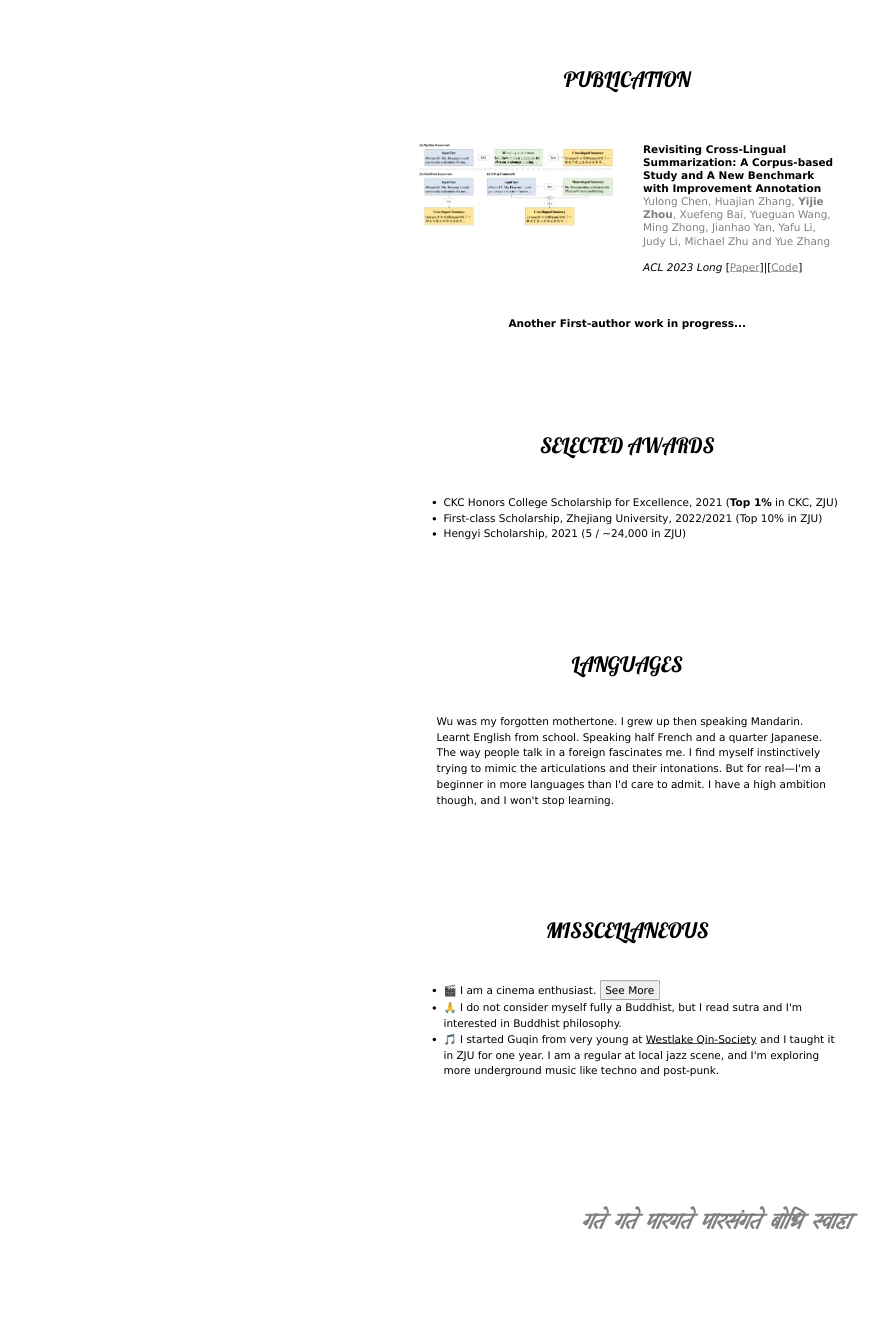
Repository: Ej-zhou/ej-zhou.github.io
Page: index.html
These files come from the project's save history. The page is drawn as it stood at one moment and after a run of saves; the edit follows.
The browser window is 1280 px wide. The pictures show the part of the page from y = 2788 to 4708 px (the page is 4708 px tall), at 70% of full size.
Some web fonts or font styles are not loaded; a fallback is used.

Above is the page before, as saved 2023-08-26 16:34:59.

### index.html
<!DOCTYPE html>
<html>
 <head>
  <script async="" src="https://www.googletagmanager.com/gtag/js?id=G-2YDZTJCJC2">
  </script>
  <script>
   window.dataLayer = window.dataLayer || [];
  function gtag(){dataLayer.push(arguments);}
  gtag('js', new Date());

  gtag('config', 'G-2YDZTJCJC2');
  </script>
  <title>
   Zhou, Ej
  </title>
  <meta charset="utf-8"/>
  <meta content="width=device-width, initial-scale=1" name="viewport"/>
  <link href="https://www.w3schools.com/w3css/4/w3.css" rel="stylesheet"/>
  <link href="https://fonts.googleapis.com/css?family=Lobster" rel="stylesheet"/>
  <link href="https://cdnjs.cloudflare.com/ajax/libs/font-awesome/4.7.0/css/font-awesome.min.css" rel="stylesheet"/>
  <link href="https://fonts.googleapis.com/css2?family=Noto+Sans+SC&amp;display=swap" rel="stylesheet"/>
  <link href="gstyles.css" rel="stylesheet"/>

 </head>
 <body>
  <div class="sidebar">

    <div class="img-container-change">
      <img src="pics/photo.jpeg" alt="Image 1">
  </div>



   <!-- <div class="horizontal-bar-left">
    <img alt="here should be a photo" height="200" src="pics/photo.jpeg" width="200"/>
    <img alt="here should be a photo" height="200" src="pics/buddha.png" width="200"/>
    <img alt="here should be a photo" height="200" src="pics/sh.png" width="200"/>
    <img alt="here should be a photo" height="200" src="pics/scaoe.png" width="200"/>
    <img alt="here should be a photo" height="200" src="pics/photo.jpeg" width="200"/>
    <img alt="here should be a photo" height="200" src="pics/buddha.png" width="200"/>
    <img alt="here should be a photo" height="200" src="pics/sh.png" width="200"/>
    <img alt="here should be a photo" height="200" src="pics/scaoe.png" width="200"/>
   </div>
   <div class="horizontal-bar-right">
    <img alt="here should be a photo" height="200" src="pics/yellow.png" width="200"/>
    <img alt="here should be a photo" height="200" src="pics/red.png" width="200"/>
    <img alt="here should be a photo" height="200" src="pics/voila.png" width="200"/>
    <img alt="here should be a photo" height="200" src="pics/girl.png" width="200"/>
    <img alt="here should be a photo" height="200" src="pics/yellow.png" width="200"/>
    <img alt="here should be a photo" height="200" src="pics/red.png" width="200"/>
    <img alt="here should be a photo" height="200" src="pics/voila.png" width="200"/>
    <img alt="here should be a photo" height="200" src="pics/girl.png" width="200"/>
   </div>
   <div class="horizontal-bar-left">
    <img alt="here should be a photo" height="200" src="pics/yaddha.png" width="200"/>
    <img alt="here should be a photo" height="200" src="pics/bureal.png" width="200"/>
    <img alt="here should be a photo" height="200" src="pics/gang.png" width="200"/>
    <img alt="here should be a photo" height="200" src="pics/scaoe.png" width="200"/>
    <img alt="here should be a photo" height="200" src="pics/yaddha.png" width="200"/>
    <img alt="here should be a photo" height="200" src="pics/bureal.png" width="200"/>
    <img alt="here should be a photo" height="200" src="pics/gang.png" width="200"/>
    <img alt="here should be a photo" height="200" src="pics/scaoe.png" width="200"/>

   </div>
   <div class="horizontal-bar-right">
    <img alt="here should be a photo" height="200" src="pics/sh.png" width="200"/>
    <img alt="here should be a photo" height="200" src="pics/scaoe.png" width="200"/>
    <img alt="here should be a photo" height="200" src="pics/photo.jpeg" width="200"/>
    <img alt="here should be a photo" height="200" src="pics/buddha.png" width="200"/>
    <img alt="here should be a photo" height="200" src="pics/sh.png" width="200"/>
    <img alt="here should be a photo" height="200" src="pics/scaoe.png" width="200"/>
    <img alt="here should be a photo" height="200" src="pics/photo.jpeg" width="200"/>
    <img alt="here should be a photo" height="200" src="pics/buddha.png" width="200"/>
   </div>
   <div class="horizontal-bar-left">
    <img alt="here should be a photo" height="200" src="pics/photo.jpeg" width="200"/>
    <img alt="here should be a photo" height="200" src="pics/buddha.png" width="200"/>
    <img alt="here should be a photo" height="200" src="pics/sh.png" width="200"/>
    <img alt="here should be a photo" height="200" src="pics/scaoe.png" width="200"/>
    <img alt="here should be a photo" height="200" src="pics/photo.jpeg" width="200"/>
    <img alt="here should be a photo" height="200" src="pics/buddha.png" width="200"/>
    <img alt="here should be a photo" height="200" src="pics/sh.png" width="200"/>
    <img alt="here should be a photo" height="200" src="pics/scaoe.png" width="200"/> -->
   </div>
  </div>
  <div class="w3-main w3-padding-large" style="margin-left:42%; margin-right: 2%;">
   <span class="w3-button w3-top w3-white w3-xxlarge w3-text-grey w3-hover-text-black" onclick="openNav()" style="width:auto;right:0;">
    <i class="fa fa-bars">
    </i>
   </span>
   <header class="w3-container w3-center" id="home" style="padding:128px 16px">
    <h1 class="w3-jumbo">
     <b>
      <span class="chinese">
       周逸杰
      </span>
     </b>
    </h1>
    <h1 class="w3-jumbo">
     <b>
      ZHOU, EJ
     </b>
     <span class="question-mark">
      ?
     </span>
     <span class="tooltip">
      My given name is
      <i>
       Yijie
      </i>
      , and my family name
      <i>
       Zhou
      </i>
      .
      <br/>
      <i>
       Ej
      </i>
      is my preferred name, and our family name comes first.
     </span>
    </h1>
    <p>
     <!-- Where shall I begin... -->
     <div class="row justify-content-center">
      <!-- Email -->
      <span onclick="window.open('mailto:e.j.zhou@zju.edu.cn')" style="cursor: pointer">
        <i class="fa fa-envelope-o" style="font-size:24px;color:grey"></i>
      </span>
      <span style="padding-left: 10px"></span>

      <!-- Twitter -->
      <!-- <span onclick="window.open('https://twitter.com/ej_2876')" style="cursor: pointer">
        <i class="fa fa-twitter" style="font-size:24px;color:grey"></i>
      </span>
      <span style="padding-left: 20px"></span> -->

      <!-- GitHub -->
      <span onclick="window.open('https://github.com/cyber-e-j')" style="cursor: pointer">
        <i class="fa fa-github" style="font-size:24px;color:grey"></i>
      </span>
      <span style="padding-left: 10px"></span>

      <!-- LinkedIn -->
      <span onclick="window.open('https://www.linkedin.com/in/ej-zhou-1600a7264/')" style="cursor: pointer">
        <i class="fa fa-linkedin" style="font-size:24px;color:grey"></i>
      </span>
      <span style="padding-left: 10px"></span>

      <span onclick="window.open('https://scholar.google.com/citations?authuser=1&amp;user=e8yGb7IAAAAJ')" style="cursor: pointer">
        <i class ="fa fa-graduation-cap" style="font-size:24px;color:grey"></i>
      </span>
      <span style="padding-left: 10px"></span>


      <!-- CV -->
      <span onclick="window.open('./CV.pdf')" style="cursor: pointer">
        <i class ="fa fa-file-text-o" style="font-size:24px;color:grey"></i>
      </span>

    </p>
    <div class="w3-content w3-justify w3-text-grey w3-padding-32" id="about">
     <h2>
      About
     </h2>
     <p>
      Hello! I am a senior undergraduate student at Zhejiang University majoring in Computer Science, and also an honored member of the <a href="http://ckc.zju.edu.cn/ckcen/">Chu Kochen Honors College</a>. During my undergraduate studies, I am very much grateful to be advised by <a href="https://frcchang.github.io">Prof. Yue Zhang</a> during my research intern at Westlake University, and I spent one semester as an exchange student in Cornell University, where I worked as a research assistant in <a href="https://twitter.com/CommCollabTech">CommCollabTech</a>.

      Currently I am doing a research internship in Yale University under the supervision of <a href="https://armancohan.com">Prof. Arman Cohan</a>.

      <br/><br/>
      I am broadly interested in artificial intelligence, linguistics and naturally natural language processing. My previous research experience includes cross-lingual summarization, multi-document summarization, and analysis of LLMs. I am open to explore everything related to AI especially in this time of LLMs. As a pseudo-polyglot, my off time is often spent on learning languages.

      <br/><br/>

      I will be studying in Oxford for my senior year. I am looking forward to meeting new friends and exploring new research opportunities there.
      <br/><br/>

     </p>

     <h3 class="w3-padding-16">
      <br/>
      <br/>
      <br/>
      <br/>
      <h1 class="w3-jumbo">
       <b>
        <div class="chinese-container">
          <span class="chinese">
              须菩提！于意云何？
          </span>
      </div>

      <div class="chinese-container">
        <span class="chinese">
          可以身相见如来不？
        </span>
    </div>
       </b>
      </h1>
      <p>
      </p>
     </h3>
    </div>
    <div class="w3-container w3-padding-64 w3-center">
     <h2>
      EDUCATION
     </h2>
     <table align="center" border="0" cellpadding="20" class="university-table">
      <tbody>
       <tr class="university-row">
        <td>
         <img class="university-logo" src="logo/6d8d432f-56ac-47eb-b22d-a23b103aed01.png"/>
        </td>
        <td>
         <b>
          Zhejiang University
         </b>
         <br/>
         2020 - 2024, Hangzhou, China
         <br/>
         <br/>
         <i>
          B.Eng.(Honours) in Computer Science
         </i>
         <br/>
         Grade: 3.99 / 4
        </td>
       </tr>
       <tr class="university-row">
        <td>
         <img alt="Cornell University Seal" class="university-logo" src="logo/cornell_seal_simple_web/cornell_seal_simple_web_b31b1b.svg">
         </img>
        </td>
        <td>
         <b>
          Cornell University
         </b>
         <br/>
         Jan 2023 - Jun 2023, Ithaca, NY, U.S.A
         <br/>
         <br/>
         <i>
          Exchange Student
         </i>
         <br/>
         Grade: 4.082 / 4.3
         <br/>
        </td>
       </tr>
      </tbody>
     </table>
    </div>

    <div class="w3-container w3-padding-64 w3-center">
      <h2>
       EXPERIENCE
      </h2>
      <table align="center" border="0" cellpadding="20" class="university-table">
       <tbody>
        <tr class="university-row">
         <td>
          <img class="university-logo" src="logo/yale-icons/touch-icon-228.png"/>
         </td>
         <td>
          <b>
           Yale University
          </b>
          <br/>
          Apr 2023 - Oct 2023, New Haven, CT, U.S.A
          <br/>
          <br/>
          <i>
           Research Intern
          </i>
          <br/>
          Yale NLP
         </td>
        </tr>
        <tr class="university-row">
         <td>
          <img alt="Cornell University Seal" class="university-logo" src="logo/cornell_seal_simple_web/cornell_seal_simple_web_b31b1b.svg">
          </img>
         </td>
         <td>
          <b>
           Cornell University
          </b>
          <br/>

          Jan 2023 - Jun 2023, Ithaca, NY, U.S.A
          <br/>
          <br/>
          <i>
           Research Assistant,
          </i>
          <a href="https://twitter.com/CommCollabTech">CommCollabTech Lab</a>
          <br/>

          <i>
            Member,
          </i>
          <a href="https://cornell.campusgroups.com/lep/home/">Cornell Language Expansion Program</a>
         </td>
        </tr>
        <tr class="university-row">
         <td>
          <img class="university-logo" src="https://en.westlake.edu.cn/about/Resources/202101/W020210111665247201170.png"/>
         </td>
         <td>
          <b>
           Westlake University
          </b>
          <br/>
          Sept 2022 - Jan 2023, Hangzhou, China
          <br/>
          <br/>
          <i>
           Research Intern
          </i>
          <br/>
          Westlake NLP
         </td>
        </tr>
        <tr class="university-row">
          <td>
           <img class="university-logo" src="logo/6d8d432f-56ac-47eb-b22d-a23b103aed01.png"/>
          </td>
          <td>
           <b>
            Zhejiang University
           </b>
           <br/>
           2020 - 2024, Hangzhou, China
           <br/>
           <br/>
           <br/>
          </td>
         </tr>
       </tbody>
      </table>
     </div>
    <div class="w3-container w3-padding-64 w3-center">
     <h2>
      PUBLICATION
     </h2>
     <br/>
     <table width="100%">
      <!--TIVEE-->

      <!-- Empty row for spacing -->
      <tr>
        <td height="30"></td>
      </tr>
      <tr>
        <td width="30%" valign="top" style="text-align: left; padding-right: 20px;">
          <img src="./pics/pipeline.png" width="280" alt="LGM" style="border-style: none; vertical-align: top;">
        </td>
        <td width="70%" valign="top" style="text-align: left; padding-left: 20px;">
          <p style="margin-top: 0px; margin-bottom: 3px; line-height: 1.25;">
            <b>Revisiting Cross-Lingual Summarization: A Corpus-based Study and A New Benchmark with Improvement Annotation</b>
            <br>
            <a style="color:gray">
            Yulong Chen, Huajian Zhang, <b>Yijie Zhou</b>, Xuefeng Bai, Yueguan Wang, Ming Zhong, Jianhao Yan, Yafu Li, Judy Li, Michael Zhu and Yue Zhang<br></a>
            <br/>
            <i>ACL 2023 Long </i>
            [<a href="https://arxiv.org/abs/2307.04018" style="color: gray;">Paper</a>]|[<a href="https://github.com/cylnlp/ConvSumX" style="color: gray;">Code</a>]&nbsp;
          </p>
        </td>
      </tr>
      <tr>
        <td height="50"></td>
      </tr>

    <!-- <tbody style="margin-top: 100px;"> -->
      <tr>
        <td colspan="2" style="text-align: center;">
          <b>Another First-author work in progress...</b>
        </td>
      </tr>
    <!-- </tbody> -->

    </table>



    </div>


<!--

    <div class="w3-container w3-padding-64 w3-center">
     <h2>
      SELECTED COURSE-WORKS
     </h2>
     <p>
      Parallel Computing and Neural Networks
     </p>
     <p>
      Jul 2021 - Aug 2021
     </p>
     <p>
      Coursework for Integrate Practice for Courses I: Supercomputing; score 97/100
     </p>
     <p>
      Enhanced GEMM performance by over 100x using OpenMP and MPI on a computing cluster.
     </p>
     <p>
      Developed a CNN from scratch using PyTorch for handwriting recognition and object recognition.
     </p>
     <p>
      Mini-SQL GitHub
     </p>
     <p>
      May 2022 - Jun 2022
     </p>
     <p>
      Coursework for Database System; score 98/100
     </p>
     <p>
      Developed a compact single-user SQL engine (DBMS) supporting fundamental database operations and implemented an index-manager for record handling using a custom-designed B+-tree data structure.
     </p>
     <p>
      Socket and Web-server
     </p>
     <p>
      Oct 2022 - Dec 2022
     </p>
     <p>
      Coursework for Computer Network; score 96/100
     </p>
     <p>
      Developed a custom TCP-based communication protocol.
     </p>
     <p>
      Constructed a lightweight web server capable of parsing HTTP protocol and accepting browser access without relying on any pre-built libraries.
     </p>
    </div>

    <div class="w3-container w3-padding-64 w3-center">
     <h2>
      LANGUAGES
     </h2>
     <p>
      Mandarin: Native mastery
     </p>
     <p>
      Wu-Chinese: Native in oral speech
     </p>
     <p>
      English: Proficient, TOEFL 110/120
     </p>
     <p>
      French: Fluent, TFU 84/100
     </p>
     <p>
      <span class="japanese">
       日本語: Intermediate reading-comprehension, basic conversation
      </span>
     </p>
     <p>
      Beginner level in Cantonese and Spanish
     </p>
    </div>

  -->


    <div class="w3-container w3-padding-64 w3-center">

        <h2>SELECTED AWARDS</h2>
        <br/>
        <ul style="text-align: left;">
          <li>CKC Honors College Scholarship for Excellence, 2021 (<b>Top 1%</b> in CKC, ZJU)</li>
          <li>First-class Scholarship, Zhejiang University, 2022/2021 (Top 10% in ZJU)</li>
          <li>Hengyi Scholarship, 2021 (5 / ~24,000 in ZJU)</li>
        </ul>
      </div>


    <div class="w3-container w3-padding-64 w3-center">

      <h2>LANGUAGES</h2>
      <br/>
      <p style="text-align: left; padding-left: 30px;">
      Wu was my forgotten mothertone. I grew up then speaking Mandarin. Learnt English from school.
      Speaking half French and a quarter Japanese. The way people talk in a foreign fascinates me.  I find myself instinctively trying to mimic the articulations and their intonations.
      But for real—I'm a beginner in more languages than I'd care to admit. I have a high ambition though, and I won't stop learning.
      </p>
      <!-- <ul style="text-align: left;">
        <li>CKC Honors College Scholarship for Excellence, 2021 (<b>Top 1%</b> in CKC, ZJU)</li>
        <li>First-class Scholarship, Zhejiang University, 2022/2021 (Top 10% in ZJU)</li>
        <li>Hengyi Scholarship, 2021 (5 / ~24,000 in ZJU)</li>
      </ul> -->
    </div>


      <div class="w3-container w3-padding-64 w3-center">
        <h2>
         MISSCELLANEOUS
        </h2>
        <br/>

        <ul style="text-align: left;">
          <li>🎬 I am a cinema enthusiast.
            <button id="revealButton">See More</button>
            <div id="hiddenContent" style="display: none;">
              <br/>
              <div style="display: flex;">
                <!-- Image -->
                <img id="hiddenImage" src="pics/IMG_4754.JPG" alt="Description" style="height: 200px; padding-left: 25px;">

                <!-- Description -->
                <div style="padding-left: 20px; padding-right: 80px;">
                  <ul style="min-height: 150px; display: flex; flex-direction: column; justify-content: space-between;">
                    <li style="padding-bottom: 15px;"> This May I was in the <a href="https://www.festival-cannes.com">76E FESTIVAL DE CANNES</a>. Really enjoyed <i style="color: grey;">Il sol dell'avvenire</i>, <i style="color: grey;">The Zone of Interest</i> and <i style="color: grey;">青春</i>.</li>
                    <li style="padding-bottom: 15px;"> I had participated in the production of some student films.</li>
                    <li> The most influential movie to me was <i style="color: grey;">Holy Motors</i> by Leos Carax.</li>
                  </ul>
                </div>
              </div>


              <br/>

            </div>
          </li>




          <li>🙏 I do not consider myself fully a Buddhist, but I read sutra and I'm interested in Buddhist philosophy.

          <li>🎵 I started Guqin from very young at <a href="http://www.xihuqinshe.com" target="_blank">Westlake Qin-Society</a>
            and I taught it in ZJU for one year. I am a regular at local jazz scene, and I'm exploring more underground music like techno and post-punk.
        </ul>
       </div>


    <br/>
    <br/>
    <br/>
    <br/>
    <b>
     <span class="sanskrit">
      गते गते पारगते पारसंगते बोधि स्वाहा
      <br/>
     </span>
    </b>
    <!-- <footer class="w3-container w3-padding-64 w3-light-grey w3-center w3-opacity w3-xlarge" style="padding: 100px; background-color: lightgrey;">
     <a href="https://twitter.com/ej_2876" target="_blank">
      <i class="fa fa-twitter w3-hover-opacity">
      </i>
     </a>
     <a href="https://github.com/cyber-e-j" target="_blank">
      <i class="fa fa-github w3-hover-opacity">
      </i>
     </a>
     <a href="https://www.linkedin.com/in/ej-zhou-1600a7264/" target="_blank">
      <i class="fa fa-linkedin w3-hover-opacity">
      </i>
     </a>
     <a href="https://scholar.google.com/citations?authuser=1&amp;user=e8yGb7IAAAAJ" target="_blank">
      <img alt="google-scholar" class="w3-hover-opacity" height="24" src="https://img.icons8.com/material-two-tone/384/google-scholar.png" width="24"/>
     </a>
     <p class="w3-small" style="margin: 0;">
     </p>
    </footer> -->
   </header>
  </div>
 </body>
</html>
<script>
 const questionMark = document.querySelector('.question-mark');
    const tooltip = document.querySelector('.tooltip');

    questionMark.addEventListener('mouseover', () => {
      tooltip.style.display = 'inline-block';
    });

    questionMark.addEventListener('mouseout', () => {
      tooltip.style.display = 'none';
    });

    // Optional: If you want to hide the tooltip when the mouse moves away from it, add the following code
    tooltip.addEventListener('mouseout', () => {
      tooltip.style.display = 'none';
    });

    document.getElementById("revealButton").addEventListener("click", function() {
    const hiddenContent = document.getElementById("hiddenContent");
    const button = document.getElementById("revealButton");

    if (hiddenContent.style.display === "none") {
      hiddenContent.style.display = "block";
      button.innerHTML = "Hide";
    } else {
      hiddenContent.style.display = "none";
      button.innerHTML = "See More";
    }
  });


    const imgContainer = document.querySelector(".img-container-change");
        const images = ["pics/photo.jpeg","pics/dark.png", "pics/syn.png" , "pics/stone.png","pics/night.png", "pics/girl.png", "pics/voila.png",
            "pics/red.png", "pics/yellow.png", "pics/buddha.png", "pics/sh.png", "pics/scaoe.png", "pics/yaddha.png", "pics/bureal.png", "pics/gang.png"

      ]; // Add more image URLs as needed
        let currentIndex = 0;

        function changeImage() {
            currentIndex = (currentIndex + 1) % images.length;
            imgContainer.querySelector("img").src = images[currentIndex];
            // imgContainer.querySelector("img").style.transform = "scale(1.2)"; // Optional animation effect
            // setTimeout(() => {
            //     imgContainer.querySelector("img").style.transform = "scale(1)";
            // }, 500); // Animation duration (in milliseconds)
        }

        setInterval(changeImage, 3000); // Change image every 3 seconds (adjust as needed)
</script>

Loaded but not shown: gstyles.css (221 lines, source omitted)

After the next 2 saves:
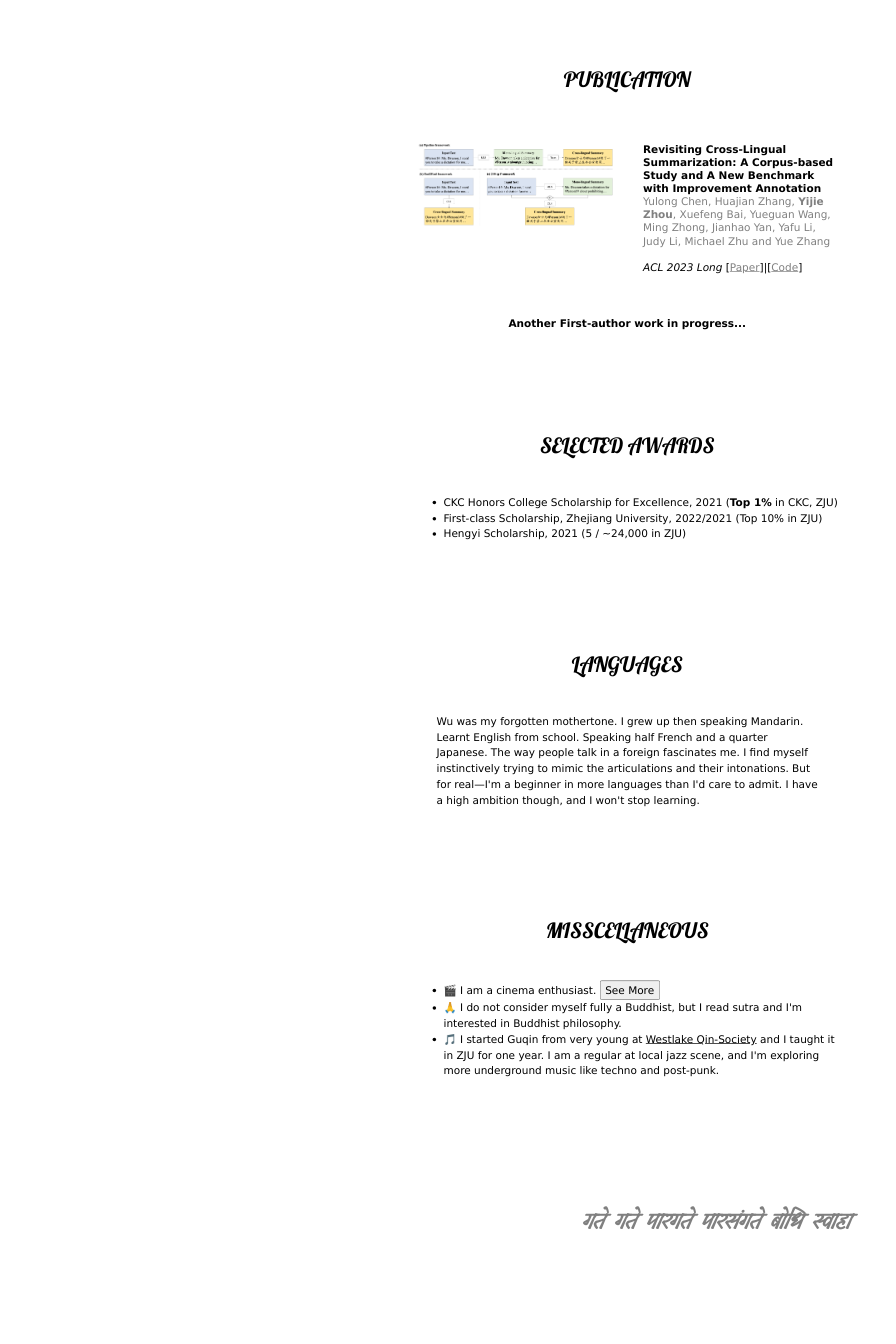
The 2 saves are shown as one change because they came seconds apart.
The last was saved 9 s later.
--- a/index.html
+++ b/index.html
@@ -482,7 +482,7 @@
 
       <h2>LANGUAGES</h2>
       <br/>
-      <p style="text-align: left; padding-left: 30px;">
+      <p style="text-align: left; padding-left: 30px; padding-right: 30px;">
       Wu was my forgotten mothertone. I grew up then speaking Mandarin. Learnt English from school.
       Speaking half French and a quarter Japanese. The way people talk in a foreign fascinates me.  I find myself instinctively trying to mimic the articulations and their intonations.
       But for real—I'm a beginner in more languages than I'd care to admit. I have a high ambition though, and I won't stop learning.
